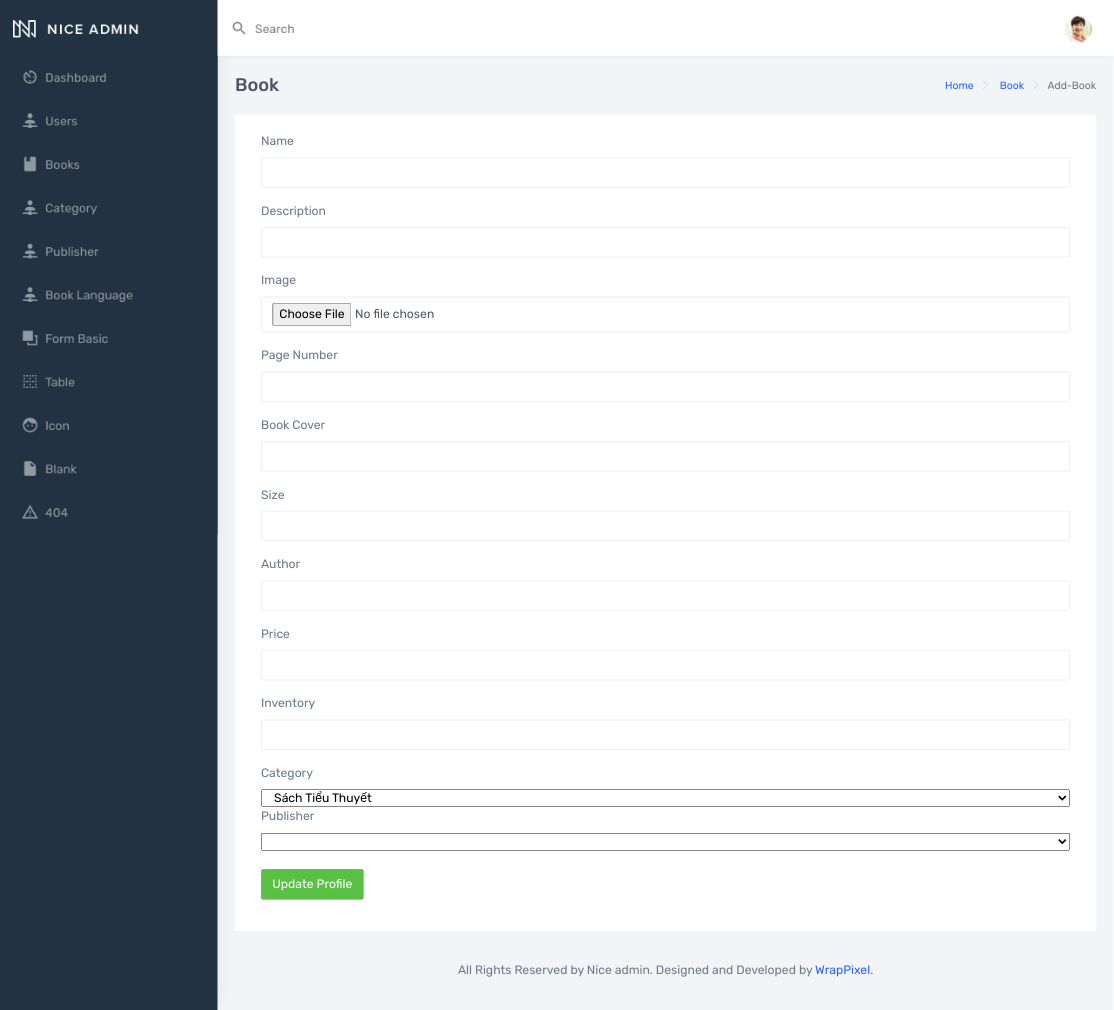
Repository: dev1xc/library-management-system
Page: http://localhost/admin/add-book
These files come from the project's save history. The page is drawn as it stood at one moment and after the next save; the edit follows.
The browser window is 1280 px wide. The pictures show the whole page, at 87% of full size.
Some web fonts or font styles are not loaded; a fallback is used. The page is served by the project's Laravel application, run on PHP 8.4 with Laravel 10. The first stored user is signed in. Other server files are loaded and not shown. The database holds what the project's SQL file puts in it. Queries for data that is not in the repository find no rows.

Above is the page before, as saved 2024-02-08 03:04:43.
Console error: TypeError: Cannot read properties of null (reading 'querySelector')

### routes/web.php
<?php

use App\Http\Controllers\admin\BookController;
use App\Http\Controllers\admin\BookLanguageController;
use App\Http\Controllers\admin\CategoryController;
use App\Http\Controllers\admin\ProfileController;
use App\Http\Controllers\admin\PublisherController;
use App\Http\Controllers\admin\UserController;
use Illuminate\Support\Facades\Auth;
use Illuminate\Support\Facades\Route;

/*
|--------------------------------------------------------------------------
| Web Routes
|--------------------------------------------------------------------------
|
| Here is where you can register web routes for your application. These
| routes are loaded by the RouteServiceProvider and all of them will
| be assigned to the "web" middleware group. Make something great!
|
*/

Route::get('/', function () {
  return view('welcome');
});
Auth::routes();
Route::get('/home', [App\Http\Controllers\HomeController::class, 'index'])->name('home');
Route::get('logout', '\App\Http\Controllers\Auth\LoginController@logout');
Route::get('/admin/home', function () {
  return view('admin.functions.dashboard');
});
Route::get('/admin/dashboard', function () {
  return view('admin.functions.dashboard');
});
Route::prefix('admin')->group(function () {
  Route::get('category', [CategoryController::class, 'index']);
  Route::get('add-category', [CategoryController::class, 'add']);
  Route::post('add-category', [CategoryController::class, 'create']);
  Route::get('edit-category/{id}', [CategoryController::class, 'edit']);
  Route::post('edit-category/{id}', [CategoryController::class, 'update']);
  Route::get('delete-category/{id}', [CategoryController::class, 'delete']);
});
Route::prefix('admin')->group(function () {
  Route::get('profile', [ProfileController::class, 'index']);
  Route::post('profile', [ProfileController::class, 'edit']);
});
Route::prefix('admin')->group(function () {
  Route::get('user', [UserController::class, 'index']);
  Route::get('add-user', [UserController::class, 'add']);
  Route::post('add-user', [UserController::class, 'create']);
  Route::get('edit-user/{id}', [UserController::class, 'edit']);
  Route::post('edit-user/{id}', [UserController::class, 'update']);
  Route::get('delete-user/{id}', [UserController::class, 'delete']);
});
Route::prefix('admin')->group(function () {
  Route::get('book', [BookController::class, 'index']);
  Route::get('add-book', [BookController::class, 'add']);
  Route::post('add-book', [BookController::class, 'create']);
  Route::get('edit-book/{id}', [BookController::class, 'edit']);
  Route::post('edit-book/{id}', [BookController::class, 'update']);
  Route::get('delete-book/{id}', [BookController::class, 'delete']);
});
Route::prefix('admin')->group(function () {
  Route::get('publisher', [PublisherController::class, 'index']);
  Route::get('add-publisher', [PublisherController::class, 'add']);
  Route::post('add-publisher', [PublisherController::class, 'create']);
  Route::get('edit-publisher/{id}', [PublisherController::class, 'edit']);
  Route::post('edit-publisher/{id}', [PublisherController::class, 'update']);
  Route::get('delete-publisher/{id}', [PublisherController::class, 'delete']);
});
Route::prefix('admin')->group(function () {
  Route::get('book-language', [BookLanguageController::class, 'index']);
  Route::get('add-book-language', [BookLanguageController::class, 'add']);
  Route::post('add-book-language', [BookLanguageController::class, 'create']);
  Route::get('edit-book-language/{id}', [BookLanguageController::class, 'edit']);
  Route::post('edit-book-language/{id}', [BookLanguageController::class, 'update']);
  Route::get('delete-book-language/{id}', [BookLanguageController::class, 'delete']);
});

### app/Models/User.php
<?php

namespace App\Models;

// use Illuminate\Contracts\Auth\MustVerifyEmail;
use Illuminate\Database\Eloquent\Factories\HasFactory;
use Illuminate\Foundation\Auth\User as Authenticatable;
use Illuminate\Notifications\Notifiable;
use Laravel\Sanctum\HasApiTokens;

class User extends Authenticatable
{
  public $table = 'users';
  use HasApiTokens, HasFactory, Notifiable;

  /**
   * The attributes that are mass assignable.
   *
   * @var array<int, string>
   */
  protected $fillable = [
    'name',
    'email',
    'password',
    'phone',
    'gender',
    'country',
    'image',
    'level',
  ];

  /**
   * The attributes that should be hidden for serialization.
   *
   * @var array<int, string>
   */
  protected $hidden = [
    'password',
    'remember_token',
  ];

  /**
   * The attributes that should be cast.
   *
   * @var array<string, string>
   */
  protected $casts = [
    'email_verified_at' => 'datetime',
    'password' => 'hashed',
  ];
}

### app/Http/Controllers/admin/BookController.php
<?php

namespace App\Http\Controllers\admin;

use App\Http\Controllers\Controller;
use App\Models\Book;
use App\Models\Category;
use App\Models\Publisher;
use Illuminate\Http\Request;

class BookController extends Controller
{
  //
  public function __construct()
  {
    $this->middleware("auth");
  }
  public function index()
  {
    $data = Book::paginate(5);
    $dataCategory = Category::all();
    $dataPublisher = Publisher::all();
    return view("admin.functions.book.index", compact("data", "dataCategory", 'dataPublisher'));
  }
  public function add()
  {
    $dataCategory = Category::all();
    $dataPublisher = Publisher::all();
    return view("admin.functions.book.add", compact("dataCategory", "dataPublisher"));
  }
  public function create(Request $request)
  {
    $data = $request->all();
    $file = $request->image;
    if (!empty($file)) {
      $data['image'] = $file->getClientOriginalName();
    }
    if (Book::create($data)) {
      if (!empty($file)) {
        $file->move('upload/book/image', $file->getClientOriginalName());
      }
      return redirect('/admin/book')->with('success', 'Thanh Cong');
    } else {
      return back()->with("error", "Error");
    }
  }
  public function edit($id)
  {
    $data = Book::findOrFail($id);
    $dataCategory = Category::all();
    $dataPublisher = Publisher::all();
    return view("admin.functions.book.edit", compact("data", "dataCategory", "dataPublisher"));
  }
  public function update(Request $request, $id)
  {
    $data = $request->all();
    Book::findOrFail($id)->update($data);
    return back();
  }
  public function delete($id)
  {
    Book::findOrFail($id)->delete();
    return back();
  }
}

### app/Models/Category.php
<?php

namespace App\Models;

use Illuminate\Database\Eloquent\Factories\HasFactory;
use Illuminate\Database\Eloquent\Model;

class Category extends Model
{
  public $table = 'categories';
  use HasFactory;
  protected $fillable = [
    'name', 'description'
  ];
}

### app/Models/Publisher.php
<?php

namespace App\Models;

use Illuminate\Database\Eloquent\Factories\HasFactory;
use Illuminate\Database\Eloquent\Model;

class Publisher extends Model
{
  public $table = 'publishers';
  use HasFactory;
  protected $fillable = [
    'name', 'description'
  ];
}

### resources/views/admin/functions/book/add.blade.php
@extends('admin.layouts.main')
@section('content')
  @if ($errors->any())
    <div style="color: red">
      <ul>
        @foreach ($errors->all() as $error)
          <li>{{ $error }}</li>
        @endforeach
      </ul>
    </div>
  @endif
  <div class="page-breadcrumb">
    <div class="row">
      <div class="col-5 align-self-center">
        <h4 class="page-title">Book</h4>
      </div>
      <div class="col-7 align-self-center">
        <div class="d-flex align-items-center justify-content-end">
          <nav aria-label="breadcrumb">
            <ol class="breadcrumb">
              <li class="breadcrumb-item">
                <a href="/admin/home">Home</a>
              </li>
              <li class="breadcrumb-item">
                <a href="/admin/book">Book</a>
              </li>
              <li class="breadcrumb-item active" aria-current="page">Add-Book</li>
            </ol>
          </nav>
        </div>
      </div>
    </div>
  </div>
  <!-- ============================================================== -->
  <!-- End Bread crumb and right sidebar toggle -->
  <!-- ============================================================== -->
  <!-- ============================================================== -->
  <!-- Container fluid  -->
  <!-- ============================================================== -->
  <div class="container-fluid">
    <!-- ============================================================== -->
    <!-- Start Page Content -->
    <!-- ============================================================== -->
    <!-- Row -->
    <div class="row">
      <!-- Column -->
      <!-- Column -->
      <!-- Column -->
      <div class="col-lg-12 col-xlg-9 col-md-7">
        <div class="card">
          <div class="card-body">
            <form class="form-horizontal form-material" method="post" enctype="multipart/form-data">
              @csrf
              <div class="form-group">
                <label class="col-md-12">Name</label>
                <div class="col-md-12">
                  <input type="text" value="" class="form-control form-control-line" name="name">
                </div>
              </div>
              <div class="form-group">
                <label for="example-email" class="col-md-12">Description</label>
                <div class="col-md-12">
                  <input type="text" value="" class="form-control form-control-line" name="description"
                    id="example-email">
                </div>
              </div>
              <div class="form-group">
                <label for="example-email" class="col-md-12">Image</label>
                <div class="col-md-12">
                  <input type="file" value="" class="form-control form-control-line" name="image"
                    id="example-email">
                </div>
              </div>
              <div class="form-group">
                <label for="example-email" class="col-md-12">Page Number</label>
                <div class="col-md-12">
                  <input type="text" value="" class="form-control form-control-line" name="page"
                    id="example-email">
                </div>
              </div>
              <div class="form-group">
                <label for="example-email" class="col-md-12">Book Cover</label>
                <div class="col-md-12">
                  <input type="text" value="" class="form-control form-control-line" name="book_cover"
                    id="example-email">
                </div>
              </div>
              <div class="form-group">
                <label for="example-email" class="col-md-12">Size</label>
                <div class="col-md-12">
                  <input type="text" value="" class="form-control form-control-line" name="size"
                    id="example-email">
                </div>
              </div>

              <div class="form-group">
                <label for="password" class="col-md-12">Author</label>
                <div class="col-md-12">
                  <input type="text" value="" class="form-control form-control-line" name="author"
                    id="password">
                </div>
              </div>
              <div class="form-group">
                <label for="phone" class="col-md-12">Price</label>
                <div class="col-md-12">
                  <input type="text" value="" class="form-control form-control-line" name="price"
                    id="phone">
                </div>
              </div>
              <div class="form-group">
                <label for="phone" class="col-md-12">Inventory</label>
                <div class="col-md-12">
                  <input type="text" value="" class="form-control form-control-line" name="inventory"
                    id="phone">
                </div>
              </div>
              <div class="form-group">
                <label for="country" class="col-md-12">Category</label>
                <div class="col-md-12">
                  <select name="id_category" id="Category" class="col-12">
                    @foreach ($dataCategory as $c)
                      <option value="{{ $c->id }}">{{ $c->title }}</option>
                    @endforeach
                  </select>
                </div>
                <div class="form-group">
                  <label for="country" class="col-md-12">Publisher</label>
                  <div class="col-md-12">
                    <select name="id_publisher" id="Category" class="col-12">
                      @foreach ($dataPublisher as $c)
                        <option value="{{ $c->id }}">{{ $c->name }}</option>
                      @endforeach
                    </select>
                  </div>
                  <br>
                  <div class="form-group">
                    <div class="col-sm-12">
                      <button class="btn btn-success" type="submit">Update Profile</button>
                    </div>
                  </div>

            </form>
          </div>
        </div>
      </div>
      <!-- Column -->
    </div>
    <!-- Row -->
    <!-- ============================================================== -->
    <!-- End PAge Content -->
    <!-- ============================================================== -->
    <!-- ============================================================== -->
    <!-- Right sidebar -->
    <!-- ============================================================== -->
    <!-- .right-sidebar -->
    <!-- ============================================================== -->
    <!-- End Right sidebar -->
    <!-- ============================================================== -->
  </div>
@endsection

### resources/views/admin/layouts/left-sidebar.blade.php
<aside class="left-sidebar" data-sidebarbg="skin5">
    <!-- Sidebar scroll-->
    <div class="scroll-sidebar">
        <!-- Sidebar navigation-->
        <nav class="sidebar-nav">
            <ul id="sidebarnav">
                <li class="sidebar-item">
                    <a class="sidebar-link waves-effect waves-dark sidebar-link" href="/admin/dashboard" aria-expanded="false">
                        <i class="mdi mdi-av-timer"></i>
                        <span class="hide-menu">Dashboard</span>
                    </a>
                </li>
                <li class="sidebar-item">
                    <a class="sidebar-link waves-effect waves-dark sidebar-link" href="/admin/user" aria-expanded="false">
                        <i class="mdi mdi-account-network"></i>
                        <span class="hide-menu">Users</span>
                    </a>
                </li>
                <li class="sidebar-item">
                    <a class="sidebar-link waves-effect waves-dark sidebar-link" href="/admin/book" aria-expanded="false">
                        <i class="mdi mdi-book"></i>
                        <span class="hide-menu">Books</span>
                    </a>
                </li>
                <li class="sidebar-item">
                    <a class="sidebar-link waves-effect waves-dark sidebar-link" href="/admin/category" aria-expanded="false">
                        <i class="mdi mdi-account-network"></i>
                        <span class="hide-menu">Category</span>
                    </a>
                </li>
                <li class="sidebar-item">
                    <a class="sidebar-link waves-effect waves-dark sidebar-link" href="/admin/publisher" aria-expanded="false">
                        <i class="mdi mdi-account-network"></i>
                        <span class="hide-menu">Publisher</span>
                    </a>
                </li>
                <li class="sidebar-item">
                    <a class="sidebar-link waves-effect waves-dark sidebar-link" href="/admin/book-language" aria-expanded="false">
                        <i class="mdi mdi-account-network"></i>
                        <span class="hide-menu">Book Language</span>
                    </a>
                </li>
                 <li class="sidebar-item">
                    <a class="sidebar-link waves-effect waves-dark sidebar-link" href="form-basic.html" aria-expanded="false">
                        <i class="mdi mdi-arrange-bring-forward"></i>
                        <span class="hide-menu">Form Basic</span>
                    </a>
                </li>
                <li class="sidebar-item">
                    <a class="sidebar-link waves-effect waves-dark sidebar-link" href="table-basic.html" aria-expanded="false">
                        <i class="mdi mdi-border-none"></i>
                        <span class="hide-menu">Table</span>
                    </a>
                </li>
                <li class="sidebar-item">
                    <a class="sidebar-link waves-effect waves-dark sidebar-link" href="icon-material.html" aria-expanded="false">
                        <i class="mdi mdi-face"></i>
                        <span class="hide-menu">Icon</span>
                    </a>
                </li>
                <li class="sidebar-item">
                    <a class="sidebar-link waves-effect waves-dark sidebar-link" href="starter-kit.html" aria-expanded="false">
                        <i class="mdi mdi-file"></i>
                        <span class="hide-menu">Blank</span>
                    </a>
                </li>
                <li class="sidebar-item">
                    <a class="sidebar-link waves-effect waves-dark sidebar-link" href="error-404.html" aria-expanded="false">
                        <i class="mdi mdi-alert-outline"></i>
                        <span class="hide-menu">404</span>
                    </a>
                </li>
            </ul>
        </nav>
        <!-- End Sidebar navigation -->
    </div>
    <!-- End Sidebar scroll-->
</aside>

### resources/views/admin/layouts/footer.blade.php
<footer class="footer text-center">
    All Rights Reserved by Nice admin. Designed and Developed by
    <a href="https://wrappixel.com">WrapPixel</a>.
</footer>

### library-management.sql (the tables this page reads)
CREATE TABLE `categories` (
  `id` bigint(20) UNSIGNED NOT NULL,
  `title` varchar(255) DEFAULT NULL,
  `description` text DEFAULT NULL,
  `created_at` timestamp NULL DEFAULT NULL,
  `updated_at` timestamp NULL DEFAULT NULL
) ENGINE=InnoDB DEFAULT CHARSET=utf8mb4 COLLATE=utf8mb4_unicode_ci;

INSERT INTO `categories` (`id`, `title`, `description`, `created_at`, `updated_at`) VALUES
(13, 'Sách Tiểu Thuyết', 'Tiểu Thuyết v..v', '2024-02-07 08:00:49', '2024-02-07 08:00:49'),
(14, 'Sách Tin Học', 'Sách Tin Học', '2024-02-07 08:01:00', '2024-02-07 08:01:00');

ALTER TABLE `categories`
  ADD PRIMARY KEY (`id`);

ALTER TABLE `categories`
  MODIFY `id` bigint(20) UNSIGNED NOT NULL AUTO_INCREMENT, AUTO_INCREMENT=15;

CREATE TABLE `users` (
  `id` bigint(20) UNSIGNED NOT NULL,
  `name` varchar(255) NOT NULL,
  `phone` varchar(255) DEFAULT NULL,
  `email` varchar(255) NOT NULL,
  `country` varchar(255) DEFAULT NULL,
  `gender` varchar(255) DEFAULT NULL,
  `email_verified_at` timestamp NULL DEFAULT NULL,
  `password` varchar(255) NOT NULL,
  `image` varchar(255) DEFAULT NULL,
  `remember_token` varchar(100) DEFAULT NULL,
  `created_at` timestamp NULL DEFAULT NULL,
  `updated_at` timestamp NULL DEFAULT NULL,
  `level` int(11) NOT NULL DEFAULT 0
) ENGINE=InnoDB DEFAULT CHARSET=utf8mb4 COLLATE=utf8mb4_unicode_ci;

INSERT INTO `users` (`id`, `name`, `phone`, `email`, `country`, `gender`, `email_verified_at`, `password`, `image`, `remember_token`, `created_at`, `updated_at`, `level`) VALUES
(1, 'Trương Nguyễn Thanh Lâm', '0904403743', 'admin@gmail.com', 'Da Nang', 'nu', NULL, '$2y$12$KEoY4oOsIl19kUZ.U0HwK.pU4DsNFOdwaVM7gICE2ZAepkY1fqJcW', '1.jpg', NULL, '2024-02-07 07:01:16', '2024-02-07 07:49:14', 1),
(2, 'Nguyễn Văn A', '0904403742', 'nva@gmail.com', 'Vietnam', 'nam', NULL, '$2y$12$Qo9tYOP9zJjpW.97XJ22DuLfXohGrsMfYcu03JkrsQkkHARwdEntG', '1.jpg', NULL, '2024-02-07 08:14:37', '2024-02-07 08:14:37', 0);

ALTER TABLE `users`
  ADD PRIMARY KEY (`id`),
  ADD UNIQUE KEY `users_email_unique` (`email`);

ALTER TABLE `users`
  MODIFY `id` bigint(20) UNSIGNED NOT NULL AUTO_INCREMENT, AUTO_INCREMENT=4;

Loaded but not shown: app/Providers/AppServiceProvider.php (common file); app/Http/Controllers/Auth/ConfirmPasswordController.php (common file); app/Http/Controllers/Controller.php (common file); public/admin/assets/libs/chartist/dist/chartist.min.css (library); public/admin/dist/css/style.min.css (library); public/admin/dist/css/style.css (library); public/admin/assets/libs/jquery/dist/jquery.min.js (library); public/admin/assets/libs/popper.js/dist/umd/popper.min.js (library); public/admin/assets/libs/bootstrap/dist/js/bootstrap.min.js (library); public/admin/assets/extra-libs/sparkline/sparkline.js (library); public/admin/dist/js/waves.js (library); public/admin/dist/js/custom.min.js (common file); public/admin/assets/libs/chartist/dist/chartist.min.js (library); public/admin/assets/libs/chartist-plugin-tooltips/dist/chartist-plugin-tooltip.min.js (library); public/admin/dist/css/icons/themify-icons/themify-icons.css (common file); public/admin/dist/css/icons/material-design-iconic-font/css/materialdesignicons.min.css (library); public/admin/dist/css/icons/weather-icons/css/weather-icons.min.css (library); public/admin/dist/js/sidebarmenu.js (60 lines, source omitted); public/admin/dist/js/pages/dashboards/dashboard1.js (61 lines, source omitted); resources/views/admin/layouts/header.blade.php (90 lines, source omitted); resources/views/admin/layouts/main.blade.php (104 lines, source omitted)

After the next save:
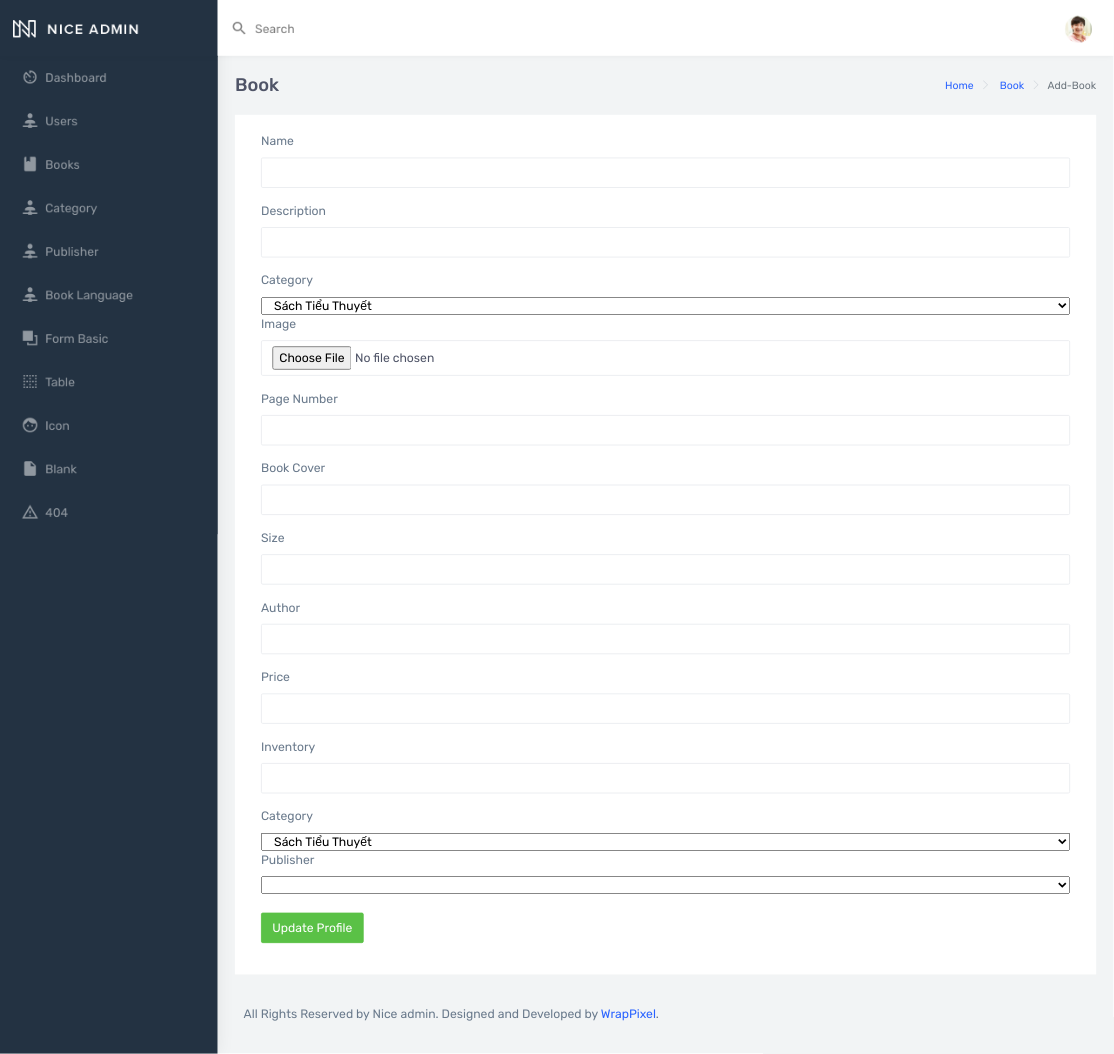
Saved 111 s later.
--- a/resources/views/admin/functions/book/add.blade.php
+++ b/resources/views/admin/functions/book/add.blade.php
@@ -64,6 +64,15 @@
                     id="example-email">
                 </div>
               </div>
+              <div class="form-group">
+                <label for="country" class="col-md-12">Category</label>
+                <div class="col-md-12">
+                  <select name="id_category" id="Category" class="col-12">
+                    @foreach ($dataCategory as $c)
+                      <option value="{{ $c->id }}">{{ $c->title }}</option>
+                    @endforeach
+                  </select>
+                </div>
               <div class="form-group">
                 <label for="example-email" class="col-md-12">Image</label>
                 <div class="col-md-12">
